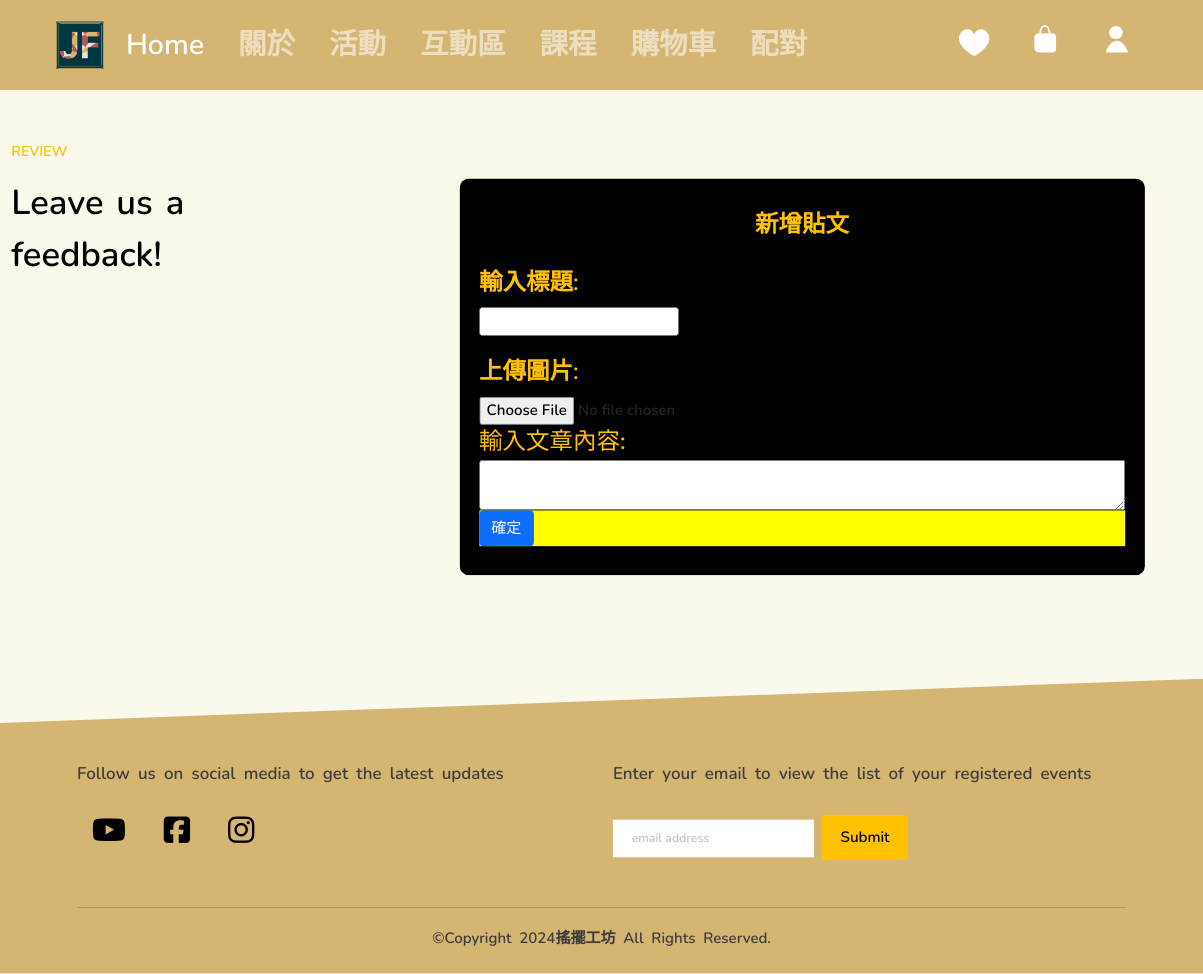
Repository: mmmooonnn0211/project
Page: workspace/demoSpringBoot-1/src/main/resources/static/html/LTInsertFront.html
The author's editor kept a copy of each file at every save. The page is drawn from the files as they stood at one save, then again after the next save.
The browser window is 1280 px wide. The pictures show the whole page, at 94% of full size.
Some web libraries are served in a nearby version.

Above is the page before, as saved 2024-05-08 19:23:08.
Console error: SyntaxError: Unexpected identifier 'tsByName'

### workspace/demoSpringBoot-1/src/main/resources/static/html/LTInsertFront.html
<!DOCTYPE html>
<html lang="en">

<head>
	<meta charset="UTF-8">
	<meta name="viewport" content="width=device-width, initial-scale=1.0">
	<style>
		.main {
			min-height: 55vh;
			/* 让 .slant 至少占据整个视口高度 */

		}
	</style>
	<!-- Bootstrap CSS -->
	<link href="https://cdn.jsdelivr.net/npm/bootstrap@5.0.0-beta3/dist/css/bootstrap.min.css" rel="stylesheet"
		integrity="sha384-eOJMYsd53ii+scO/bJGFsiCZc+5NDVN2yr8+0RDqr0Ql0h+rP48ckxlpbzKgwra6" crossorigin="anonymous">
	<script src="https://kit.fontawesome.com/4287c80df9.js" crossorigin="anonymous"></script>

	<!--Google Font : Nunito-->
	<link rel="preconnect" href="https://fonts.gstatic.com">
	<link href="https://fonts.googleapis.com/css2?family=Nunito:wght@600&display=swap" rel="stylesheet">

	<!-- For style(All CSS content) -->
	<link rel="stylesheet" type="text/css" href="../styles/home.css" />
	<link rel="stylesheet" type="text/css" href="../styles/footer.css" />
	<link rel="stylesheet" type="text/css" href="../styles/navbar.css" />
	<link rel="icon" href="images/favicon.ico">

	<!-- JS Bundle for BS  -->
	<script src="https://cdn.jsdelivr.net/npm/popper.js@1.16.1/dist/umd/popper.min.js"
		integrity="sha384-9/reFTGAW83EW2RDu2S0VKaIzap3H66lZH81PoYlFhbGU+6BZp6G7niu735Sk7lN" crossorigin="anonymous">
		</script>
	<title>範本</title>
</head>


<body>



	</div>
	<!-- <section> -->
	<div class="main">
		<form method="post" action=" /LTinsertFront.controller" enctype="multipart/form-data"
			onsubmit="return validateForm();">
			<div class="container-fluid" style="margin-top: 150px;">
				<div class="row" style="margin-bottom: 100px; margin-top: 100px;">
					<div class="col-md-4" style="text-align: left;">
						<p class="review">REVIEW</p>
						<p class="feedback">Leave us a <br>feedback!</p>
					</div>
					<div class="col-sm-8">
						<div class="container" id="cards">
							<div class="card" style="margin: auto;">
								<div id="sugg" class="neon-yellow"
									style="font-weight: bold; font-size: 25px; text-align: center;">新增貼文
								</div>
								<br>
								<div id="text" class="neon-yellow" style=" font-size: 25px;">輸入標題:
								</div>
								<div style="height:50px; ">
									<input id="title" name="title" style="width: auto;" ; />
								</div>
								<div id="text" class="neon-yellow" style="font-weight: bold; font-size: 25px;">上傳圖片:
								</div>
								<input type="file" id="picture" name="picture" />

								<div id="picture" class="neon-yellow" style="font-size:25px; ">
									輸入文章內容:
								</div>
								<textarea id="content" name="content"></textarea>

								<div style="background-color:yellow">
									<button type="submit" class="btn btn-primary">確定</button>
								</div>
							</div>
						</div>
					</div>
				</div>
			</div>
		</form>
		<div class="container text-center">

		</div>
	</div>



	<div align="center"></div>
	<div class="container">
	</div>
	<script>
		function validateForm() {
			var replypostInput = document.getElementsByName('replypost')[0].value.trim();
			var userIdInput = document.getElemen tsByName('userId')[0].value.trim();
			var LTIdInput = document.getElementsByName('LTId')[0].value.trim();

			if (replypostInput === '' || userIdInput === '' || LTIdInput === '') {
				Swal.fire({
					icon: 'warning',
					title: '請輸入完整資訊😒',
					showConfirmButton: false,
					timer: 1500
				});
				return false;
			}
			return true;
		}
	</script>

	<script>

		fetch('basic.html')
			.then(response => response.text())
			.then(html => {
				document.body.innerHTML += html;
			});

	</script>
	<script type="text/javascript" charset="utf8"
		src="https://cdn.datatables.net/1.11.5/js/jquery.dataTables.js"></script>
	<script src="https://cdn.jsdelivr.net/npm/bootstrap@5.0.0-beta3/dist/js/bootstrap.bundle.min.js"
		integrity="sha384-JEW9xMcG8R+pH31jmWH6WWP0WintQrMb4s7ZOdauHnUtxwoG2vI5DkLtS3qm9Ekf" crossorigin="anonymous">
		</script>

</body>

</html>

### workspace/demoSpringBoot-1/src/main/resources/static/styles/home.css
/* hiding vertical scroll bar from every page */
::-webkit-scrollbar {
  width: 0 !important
}




body {
  font-family: 'Nunito', sans-serif;
  background-color: #FBF8EC;
  word-spacing: 0.25rem;
}

::selection {
  color: black;
  background: #ffc100;
}

::placeholder {
  color: rgb(202, 192, 192);
}

.neon-yellow {
  color: #ffc100;
}

.working-heading {
  font-size: 2.3rem;
  font-weight: bold;
  color: black;
}


.date-style {
  font-weight: 850;
  padding: 0 0 0.3rem 0;
}

.sub-heading {
  font-size: 1.5rem;
  font-weight: 1000;
  padding: 0 0 0.3rem 0;
}

.small-subtext {
  color: black;
  font-weight: 700;
  font-size: 1rem;
}

.process-heading {
  font-weight: 1000;
  font-size: 0.95rem;
}

.eng,
.feedback,
.some {
  font-size: 2.3rem;
  font-weight: 1000;
  color: black;
}

.center-line {
  border-left: 0.58rem solid #ffc100;
  height: 110%;
  position: absolute;
  top: 0%;
  left: 0%;
}

.padding-for-mobile {
  padding: 0 1rem 2rem 4rem;
  text-align: left;
  /*background-color:  white;*/
}

.stickyy-corner {
  position: -webkit-sticky;
  position: sticky;
  top: 0;
}

.timeline-left-style {
  color: black;
  text-align: right;
  padding: 0 4rem 0 5.2rem;
}

.timeline-right-style {
  color: black;
  text-align: left;
  position: relative;
  padding: 0 5.2rem 0 4rem;
  overflow-y: hidden;
}

.d-block {
  margin-top: 2%;
  border-radius: 7px;
  border: 3px solid rgb(245, 241, 241);
  width: 100%;
}

.chess,
.review,
.event {
  color: #ffc100;
  font-weight: 850;
  font-size: 0.95rem;
}


#text {
  font-weight: 850;
  font-size: 0.75rem;
  margin-bottom: 7px;
}

#sugg {
  font-size: 1.5rem;
  font-weight: 1000;
}

#btn {
  background-color: #ffc100;
  color: rgb(0, 0, 0);
  padding: 10px 20px;
  text-align: center;
  border: none;
  border-radius: 3px;
  display: block;
  margin: auto;
  margin-top: 15px;
  font-weight: bold;
}


#box,
#msg {
  background-color: #DDDDDD;
  border-radius: 3.5px;
  border: none;
  margin-bottom: 12px;
  width: 100%;
}

#msg {
  height: 120px;
}

#box {
  height: 35px;
}

#spon {
  color: black;
  margin-top: 60px;
  display: flex;
  justify-content: space-evenly;
  align-items: center;
  font-weight: bold;
  margin-bottom: 20px;
}

.image {
  height: 100px;
}

.image3 {
  height: 250px;
  overflow-y: hidden;
}

.pic1,
.pic2 {
  font-weight: bold;
  font-size: medium;
}

.pic1 {
  margin-top: 20px;
}

.column {
  display: flex;
  flex-direction: column;
  justify-content: space-evenly;
  align-items: center;
}

.columns {
  display: flex;
  flex-direction: column;
  justify-content: center;
  align-items: flex-start;
}

.pic2 {
  color: gray;
  font-size: small;
}

.event,
.some,
.last,
.pic,
.pic1,
.pic2 {
  display: flex;
  justify-content: space-evenly;
  align-items: center;
}

.subhead {
  color: black;
  font-size: 3rem;
  overflow-y: hidden;
}

.active {
  color: #ffc100;
}

.active:hover {
  color: #ffc100;
}

p {
  color: black;
}

.title-img {
  width: 25%;
  margin-left: 8%;
  transform: rotate(10deg);
}

.hover {
  color: #ffc100;
}

.title-img3 {
  width: 25%;
  transform: rotate(-10deg);
}

.title-img2 {
  width: 35%;
  padding-right: 5%;
  padding-left: 5%;


}

.carousel-img-styles {
  border: 0.13rem solid black;
  border-radius: 1rem;
}

h1 {
  font-size: 5rem;
  line-height: 1.5;
  font-weight: 900;
}

#title {
  margin-bottom: 11rem;
}

.col-lg-3 {
  padding-left: 3rem;
}

.ex-btn {
  margin-top: 2.5rem;
  margin-bottom: 30px;
}

.carousel-container {
  width: 55%;
}

#cards {
  padding: 10px 50px;
}

.card {
  background-color: black;
  border-radius: 10px;
  /* display: block;
    margin: auto;
    font: 16px;
    width:55%; */
  padding: 30px 20px;

}

@media only screen and (max-width: 767px) {
  .small-subtext {
    font-size: 0.8rem;
  }

  .padding-for-mobile {
    padding: 0 0 4rem 2rem;
  }

  /*
  .sticky-corner {
    position: static;
  }
  */
  #cards {
    padding: 0px 20px;
  }


  .sub-heading {
    font-size: 1.3rem;
  }

  .process-heading {
    font-size: 0.85rem;
  }

  .working-heading {
    font-size: 1.5rem;
  }

  .timeline-left-style {
    padding: 0 2.5rem 0 3rem;
  }

  .timeline-right-style {
    padding: 0 3rem 0 2.5rem;
  }

  #spon {
    font-size: 1.5rem;
  }

  .some,
  .eng,
  .feedback {
    font-size: 1.5rem;
  }

  .card {
    width: 100%;
  }

  .pic {
    flex-direction: column;
  }

  .carousel-container {
    width: 85%;
  }
}

@media only screen and (max-width: 575px) {

  .title-img,
  .title-img3 {
    display: none;
  }

  .title-img2 {
    display: block;
    margin: auto;
    width: 100%;
    padding: 50px;
  }
}

@media only screen and (max-width: 375px) {


  .date-style {
    font-size: 0.8rem;
  }

  .sub-heading {
    font-size: 0.9rem;
  }

  .small-subtext {
    font-size: 0.7rem;
  }

  .timeline-left-style {
    padding: 0 1.6rem 0 2rem;
  }

  .timeline-right-style {
    padding: 0 2rem 0 2rem;
  }
}

### workspace/demoSpringBoot-1/src/main/resources/static/styles/footer.css
/*
hiding vertical scroll bar from every page
*/
::-webkit-scrollbar {
    width: 0 !important
}




.slant {
    /* width: 110%;
    background-color: #DDDDDD;
    transform: rotate(-3deg);
    height: 100px; */
    clip-path: polygon(0 15%, 100% 0, 100% 100%, 0 100%);
  }

  .container{
    margin-top: 30px;
  }

  .left, .right {
    font-size: large;
    font-weight: bold;
    margin-top: 50px;
    color: rgb(61, 59, 59);
    margin-bottom: 30px;
  }

  .below {
    background-color:#D4B572;
    position: relative;
    padding-top: 8px;
    padding-bottom: 6px;
    width: 100%;
    height: 100%;
  }

  #mail {
    border: none;
    height: 30px;
    padding: 20px;
    font-size: small;
    font-weight: bold;
  }

  #bttn {
    background-color: #ffc100;
    color: black;
    padding: 12px 20px;
    text-align: center;
    border: none;
    border-radius: 3px;
    font-weight: bold;
  }


  .fa-youtube:hover{
    color: rgb(230, 59, 59);
    transition: 0.5s;
  }

  .fa-twitter:hover, .fa-facebook-square:hover{
    color: rgba(18, 212, 212, 0.596);
    transition: 0.5s;
  }

  .fa-instagram:hover{
    color: rgb(218, 30, 61);
    transition: 0.5s;
  }

  .fa-github{
    color: rgb(43, 36, 36);
    transition: 0.5s;
  }

  .fab {
    padding: 0 1rem 0 1rem;
    font-size: 2rem;
    color: black;
  }

  .last {
    font-weight: 900;
    color: rgb(61, 59, 59);
    margin: 20px;
    display: flex;
  justify-content: space-evenly;
  align-items: center;
  }

  @media only screen and (max-width: 767px) {
    .slant{
      clip-path: polygon(0 5%, 100% 0, 100% 100%, 0 100%);
    }
  }

  @media only screen and (max-width: 375px) {
    .slant{
      clip-path: polygon(0 5%, 100% 0, 100% 100%, 0 100%);
    }
  }

### workspace/demoSpringBoot-1/src/main/resources/static/styles/navbar.css
/* 鼠標移動導覽列*/
.nav-item :hover {
  color: rgb(255, 128, 128);
  cursor: pointer;
  background-color: #B15A5E;
  border-radius: 10px;
}

.navbar a {
  color: #ff2600a2;
  border-radius: 10px;
}


.navbar {
  padding: 1rem 2rem;
  position: fixed;
  z-index: 100;
  width: 100%;
  margin: 0;
  top: 0;
  left: 0;
  background-color: #D4B572;
}

.nav-item {
  padding: 0 20px 0 0;
}

.nav-link {
  font-size: 1.9rem;
  font-weight: 900;

}


.dropdown-item,
.dropdown-menu {
  background-color: #B15A5E;
  color: #BF3F41;
  ;
  margin: 0;
}






.dropdown-menu a {
  color: white;
  ;
  text-decoration: none;
  display: block;
  text-align: left;
}

### workspace/demoSpringBoot-1/src/main/resources/static/html/basic.html
<!doctype html>
<html lang="en">

<head>
    <!-- Required meta tags -->
    <meta charset="utf-8">
    <meta name="viewport" content="width=device-width, initial-scale=1">




    <title>JFSwing</title>
</head>

<body>

    <!-- Shashank's Section -->
    <!-- <section class="title"> -->
    <!-- Navbar section -->
    <nav class="navbar navbar-expand-lg navbar-dark">
        <!-- <LOGO> -->
        <div class="container-fluid">
            <div width="50px" height="50px">
                <a class="m-3" href="index.html"> <img src="../images/LOGO.png" width="50px" height="50px"
                        alt="Eternals">
                </a>
                <button class="navbar-toggler" type="button" data-bs-toggle="collapse" data-bs-target="#navbarCollapse"
                    aria-controls="navbarCollapse" aria-expanded="false" aria-label="Toggle navigation">
                    <span class="navbar-toggler-icon"></span>
                </button>
            </div>
            <div class="collapse navbar-collapse" id="navbarCollapse">
                <ul class="navbar-nav ">
                    <li class="nav-item">
                        <a class="nav-link active" href="frontPage.html">Home </a>
                    </li>
                    <li class="nav-item">
                        <a class="nav-link" href="about.html">關於</a>
                    </li>
                    <li class="nav-item">
                        <a class="nav-link" href="EventAll.html">活動</a>
                    </li>
                    <li class="nav-item">
                        <a class="nav-link" href="/LTSelectAll2">互動區</a>
                    </li>
                    <li class="nav-item">
                        <a class="nav-link" href="contact.html">課程</a>
                    </li>
                    <li class="nav-item">
                        <a class="nav-link" href="">購物車</a>
                    </li>
                    <li class="nav-item">
                        <a class="nav-link" href="">配對</a>
                    </li>

                </ul>

            </div>

            <!-- <右上角的東西> -->
            <div class="navbar-nav justify-content-end">
                <ul class="navbar-nav">
                    <li class="nav-item">
                        <div class="m-2 rounded-circle overflow-hidden align-self-center ratio ratio-1x1"
                            style="width: 40px">
                            <img src="../images/LOVE.png" alt="" class="object-fit-cover w-100 h-100" />
                        </div>
                    </li>
                    <li class="nav-item">
                        <div class="m-2 rounded-circle overflow-hidden align-self-center ratio ratio-1x1"
                            style="width: 40px">
                            <img src="../images/SHOP.png" alt="" class="object-fit-cover w-100 h-100" />
                        </div>
                    </li>
                    <li class="nav-item">
                        <a href="#" target="_blank"
                            class="m-2 rounded-circle overflow-hidden align-self-center ratio ratio-1x1"
                            style="width: 40px; display: inline-block;">
                            <img src="../images/MAN.png" alt="Facebook" class="object-fit-cover w-100 h-100" />
                        </a>
                    </li>

                </ul>

            </div>
        </div>
    </nav>

    <!-- Title -->
    <!-- <中間> -->



    <!-- footer-->
    <div class="slant footer-content mt-auto">

        <footer class="below">
            <div class="container">
                <div class="row">
                    <div class="col-lg-6">
                        <p class="left">Follow us on social media to get the latest updates</p>
                        <a href="#"><i class="fab fa-youtube"></i></a>
                        <a href="https://www.facebook.com/apple.hi.77?mibextid=kFxxJD"><i
                                class="fab fa-facebook-square"></i></a>
                        <a href="#"><i class="fab fa-instagram"></i></a>

                    </div>
                    <div class="col-lg-6">
                        <p class="right">Enter your email to view the list of your registered events</p>
                        <input id="mail" placeholder="email address">
                        <span><button id="bttn">
                                Submit </button></span>
                    </div>
                </div>
                <hr style="margin-top: 50px;">
            </div>
            <div class="last">&copy;Copyright 2024搖擺工坊 All Rights Reserved.</div>
        </footer>

    </div>



</body>

</html>

After the next save:
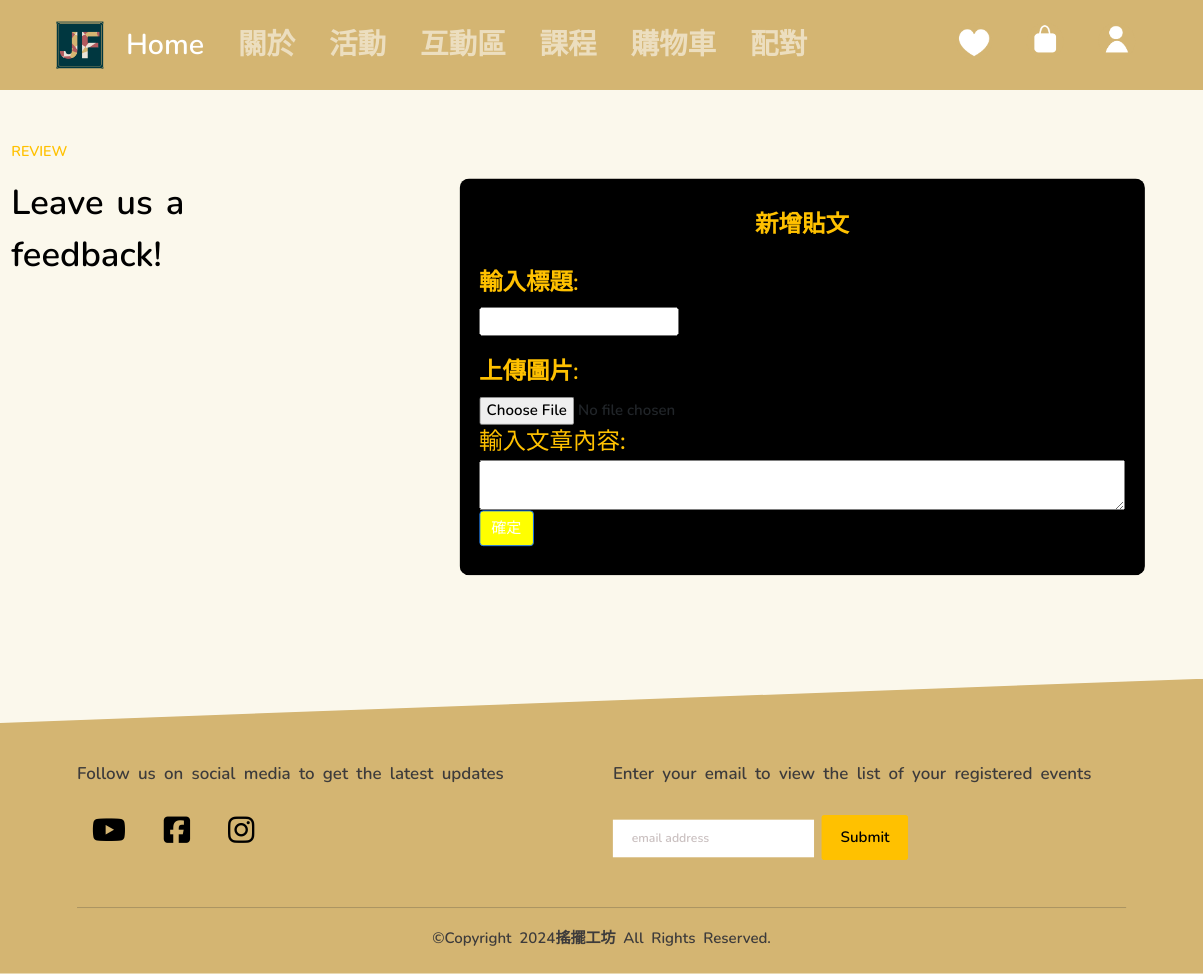
Saved 28 s later.
--- a/workspace/demoSpringBoot-1/src/main/resources/static/html/LTInsertFront.html
+++ b/workspace/demoSpringBoot-1/src/main/resources/static/html/LTInsertFront.html
@@ -70,8 +70,9 @@
 								</div>
 								<textarea id="content" name="content"></textarea>
 
-								<div style="background-color:yellow">
-									<button type="submit" class="btn btn-primary">確定</button>
+								<div>
+									<button type="submit" class="btn btn-primary"
+										style="background-color:yellow">確定</button>
 								</div>
 							</div>
 						</div>
